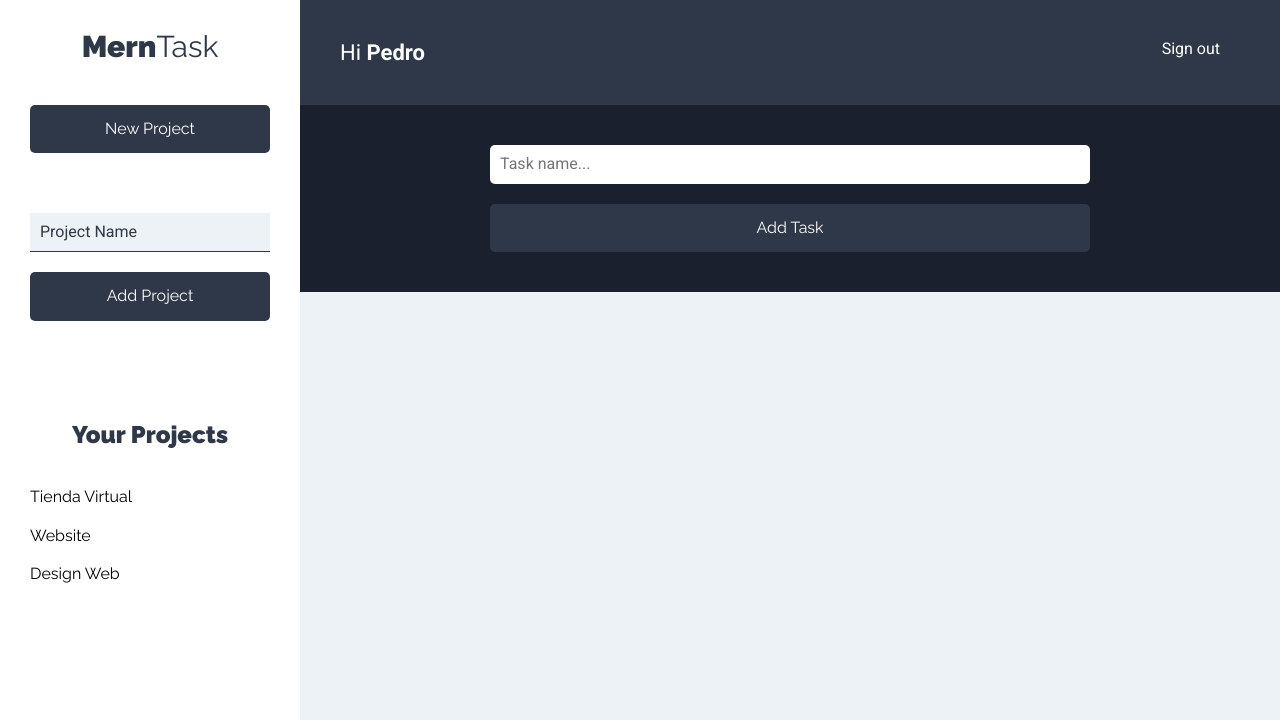
Repository: ppfeliuu/MERN-Task-Client
Page: /projects, after clicking the first element matching `button.btn-blank`
The author's editor kept a copy of each file at every save. The page is drawn from the files as they stood at one save, then again after a run of saves.
The browser window is 1280 px wide. The pictures show the whole page.
The project was rebuilt for these pictures with package versions that can differ from the ones it lists, and the page was loaded fresh each time. Also part of the build but not shown: src/components/auth/Login.js, src/components/auth/NewAccount.js.

Above is the page before, as saved 2020-02-16 12:36:47.

After the next 3 saves:
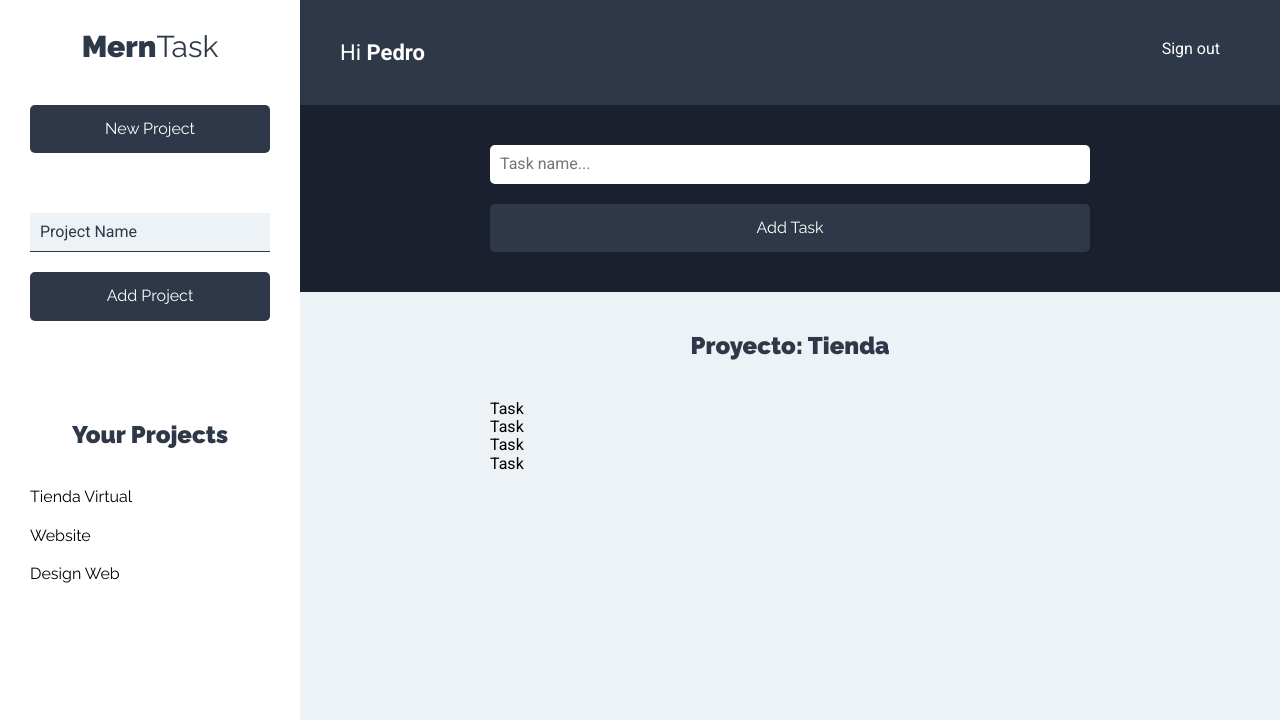
The 3 saves are shown as one change because 2 did not build or start.
The last was saved 69 s later.
--- a/src/components/projects/Projects.js
+++ b/src/components/projects/Projects.js
@@ -2,6 +2,7 @@ import React from "react";
 import Sidebar from "../layout/Sidebar";
 import Bar from "../layout/Bar";
 import FormTask from "../task/FormTask";
+import ListTasks from "../task/ListTasks";
 
 const Projects = () => {
   return (
@@ -11,8 +12,10 @@ const Projects = () => {
       <div className="seccion-principal">
         <Bar />
         <main>
-            <FormTask />
-          <div className="contenedor-tareas"></div>
+          <FormTask />
+          <div className="contenedor-tareas">
+            <ListTasks />
+          </div>
         </main>
       </div>
     </div>
--- a/src/components/task/ListTasks.js
+++ b/src/components/task/ListTasks.js
@@ -26,9 +26,9 @@ const ListTasks = () => {
       <h2>Proyecto: Tienda</h2>
 
       <ul className="listado-tareas">
-          {task.length === 0 ? (<li className="tarea"><p>No Tasks</p></li>) : {task.map(t => (
+          {task.length === 0 ? (<li className="tarea"><p>No Tasks</p></li>) : task.map(t => (
               <Task task={task} />
-          ))}}
+          ))}
       </ul>
     </>
   );
